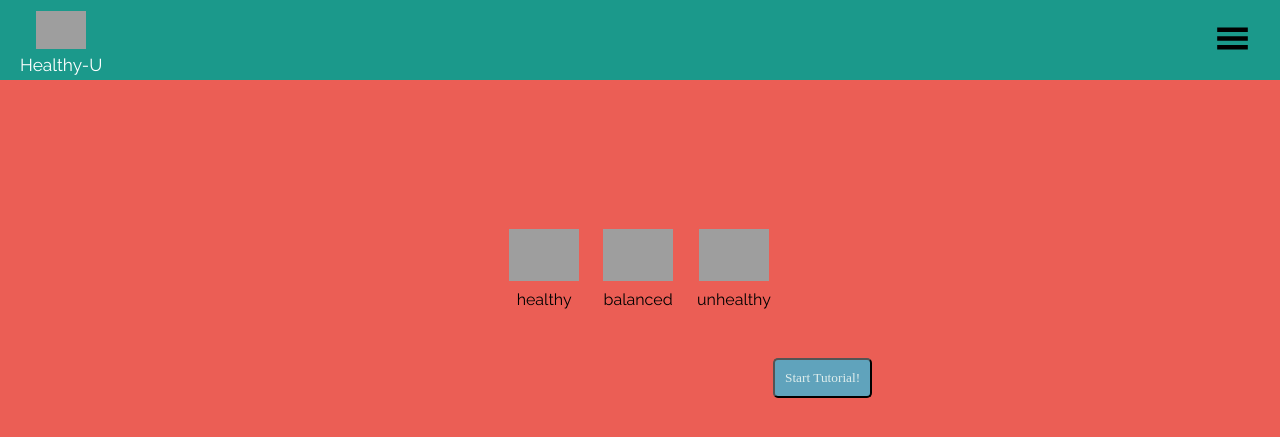
Repository: smashy09/healthy-share
Page: /InformationPage
These files come from the project's save history. The page is drawn as it stood at one moment and after the next save; the edit follows.
The browser window is 1280 px wide. The pictures show the whole page.
Pictures or frames that could not be fetched are drawn as grey boxes. The project was rebuilt for these pictures with package versions that can differ from the ones it lists, and the page was loaded fresh each time. The framework's server and built-in components were replaced by stand-ins that run in the browser. Also part of the build but not shown: next.config.js.

Above is the page before, as saved 2020-05-14 23:56:58.

### pages/_app.js
// import App from 'next/app'
import './app.css';

function MyApp({ Component, pageProps }) {
    return <Component {...pageProps} />
  }

  // Only uncomment this method if you have blocking data requirements for
  // every single page in your application. This disables the ability to
  // perform automatic static optimization, causing every page in your app to
  // be server-side rendered.
  //
  // MyApp.getInitialProps = async (appContext) => {
  //   // calls page's `getInitialProps` and fills `appProps.pageProps`
  //   const appProps = await App.getInitialProps(appContext);
  //
  //   return { ...appProps }
  // }

  export default MyApp

### pages/_document.js
import Document, { Html, Head, Main, NextScript } from 'next/document'


class MyDocument extends Document {
  static async getInitialProps(ctx) {
    const initialProps = await Document.getInitialProps(ctx)
    return { ...initialProps }
  }

  render() {
    return (
      <Html>
        <Head />
        <body>
        <link href="https://fonts.googleapis.com/css2?family=Raleway&display=swap" rel="stylesheet"></link>
          <Main />
          <NextScript />
        </body>
      </Html>
    )
  }
}

export default MyDocument

### pages/InformationPage/index.js
import Router from 'next/router';
import React from 'react';
import './info.css';
import Header from '../../comps/Header';
import CustomText from '../../comps/CustomText';
import CustomButton from '../../comps/CustomButton';

//Info Page


function NextPage(){
    Router.push("/AnimationPage1");
}
//homePage
const healthyImg = require('./healthyicon.png');
const balancedImg = require('./balancedicon.png');
const unhealthyImg = require('./unhealthyicon.png');

const InformationPage = ({backgroundColor, healthytxt, balancedtxt, unhealthytxt, healthyImg, balancedImg, unhealthyImg}) => <div
style={{backgroundColor:backgroundColor}}

  id="All_info_page">
    <Header/>
    <CustomText fontSize={22}  text="Welcome to Healthy-U!"/>
    <CustomText fontSize={18}  text="Health-U goal is to help you be more aware of
your lifestyle by gathering information based on
your answers for the survey!"/>
 <CustomText fontSize={22} text="How to Use!"/>
 <CustomText fontSize={18} text="Whenever you're ready just click start survey.
There will be 3 questions
Pick the answer that represents you the closest."/>
  <div className="card_answers">
        <div className="options">
            <img src={healthyImg} />
            {healthytxt}
        </div>

        <div className="options">
           <img src={balancedImg} />
            {balancedtxt}
         </div>

        <div className="options">
           <img src={unhealthyImg} />
            {unhealthytxt}
        </div>
    </div>
<CustomText fontSize={18} text="After answering you will be given results
filled with info on how to become a better U! "/>
<div className="info_button">
<CustomButton className="R_button" text="Start Tutorial!" onClick={NextPage}/>
</div>
</div>

InformationPage.defaultProps = {
    place:"New Button",
    color:"#000",
    healthytxt:"healthy",
    balancedtxt:"balanced",
    unhealthytxt:"unhealthy",
    healthyImg:healthyImg,
    balancedImg:balancedImg,
    unhealthyImg:unhealthyImg,
}
export default InformationPage;

### pages/app.css
*{
    font-family: 'Raleway', sans-serif;
}

### pages/InformationPage/info.css
body {
    background-color: #EB5E55;
}

.All_info_page{
    text-align: center;

}
.All_info_page p{
 margin-bottom: 2px;
}

.card_answers{
    display: flex;
    justify-content: center;
    align-items: center;
}

.options{
    display: inline-flex;
    flex-direction: column;
    align-items: center;
    /* border: solid 1px gray; */
    border-radius: 25px;
    margin: 10px;
    padding: 2px;

}

.options img{
    width: 70px;
    height: 70px;
    object-fit: contain;
}

.info_button{
    position: absolute;
    left: 60%;
}

### comps/Header/index.js
import React from 'react';
import Link from 'next/link';
import './header.css'
import {GiHamburgerMenu} from 'react-icons/gi';


const logoImg = require('./logo.png');

const Header = ({ text, color, fontSize, text1, text2, text3,text4, lineHeight}) => <div>
    <div className="HeaderContainer">
        <div className="HeaderLogo" style={{color, fontSize}} > <Link href="/HomePage"><img src={logoImg}/></Link><div>{text}</div></div>
        <div className="HamburgerMenu" onClick={MenuToggle}><GiHamburgerMenu size="35" /></div>
        <div className="HamburgermenuContainer" style={{fontSize, lineHeight}}>
        <Link href="/InformationPage"><div className="HamburgerItem">{text4}</div></Link>
            <Link href="/AnimationPage1"><div className="HamburgerItem">{text1}</div></Link>
            <Link href="/Survey1"><div className="HamburgerItem">{text2}</div></Link>
            <Link href="/ResultPage"><div className="HamburgerItem">{text3}</div></Link>
        </div>
    </div>
</div>

Header.defaultProps = {
    text: "Healthy-U",
    color: "#fff",
    fontSize: "13pt",
    text1: "Tutorial",
    text2: "Survey",
    text3: "Result",
    text4: "Information",
    lineHeight: "2em"
}


var menuState = false;
function MenuToggle() {
    if (menuState === true) {
        document.querySelector(".HamburgermenuContainer").style.display = "none";
        menuState = false;

    } else {
        document.querySelector(".HamburgermenuContainer").style.display = "block";
        menuState = true;
    }
}

export default Header;

### comps/CustomText/index.js
import React from 'react';
import './text.css';


//text

const CustomText = () => <div className="custom_text_box">
<p className="custom_text"></p>
</div>

CustomText.defaultProps = {
    color:"#3A3D42",
    text:"Hello There!",
    fontSize:"10px"
}

export default CustomText;

### comps/CustomButton/index.js
import React from 'react';
import './button.css';

//madec the UI

const CustomButton = ({text, backgroundColor, color, onClick}) => <div className="custom_button_box">
<button className="custom_button" style={{backgroundColor:backgroundColor, color:color}} onClick={onClick} > {text} </button>
</div>

function ButtonClick() {
    alert("clicked")
}

CustomButton.defaultProps = {
    backgroundColor:"#60a3bc",
    color:"#DEEDEC",
    text:"Start Survey",
    onClick:ButtonClick
}
export default CustomButton;

### comps/Header/header.css
body, html{
    margin:0;
}

.HeaderContainer {
    width: 100%;
    height: 80px;
    background-color:#1B998B;
    display: inline-flex;
    align-items: center;
}

.HeaderLogo:hover {
    opacity: 0.7;
}

.HeaderLogo:hover {
    opacity: 0.7;
}

.HamburgerMenu {
    position: absolute;
    right: 30px;
}

.HamburgerMenu:hover{
    color: white;
}

.HeaderLogo {
    padding-left: 20px;
    display: inline-flex;
    flex-direction: column;
    align-items: center;
    justify-content: center;
}

.HeaderLogo img{
    width: 50px;
    height: 50px;
    object-fit: contain;

}

.HamburgermenuContainer {
    margin: 20px;
    width: 120px;
    background-color: #D9ECF0;
    border-radius: 7%;
    text-align: center;
    padding: 15px;
    position: absolute;
    right: 0;
    top: 35px;
    display: none;
    z-index: 1;
}

.HamburgermenuContainer:hover {
    opacity: 0.8;
}


.HamburgerItem:hover {
    color: rgb(214, 129, 157);
    cursor: pointer;
}

### comps/CustomText/text.css
.custom_text_box{
    font-family: 'Spectral', serif;
    display: flex;
    justify-content: center;
    }

### comps/CustomButton/button.css
.custom_button {
    display: flex;
    border-radius: 5px;
    padding: 10px;
    font-family: 'Spectral', serif;
    cursor: pointer;
    margin: 5px;
    box-shadow: pink 10px;
    }

After the next save:
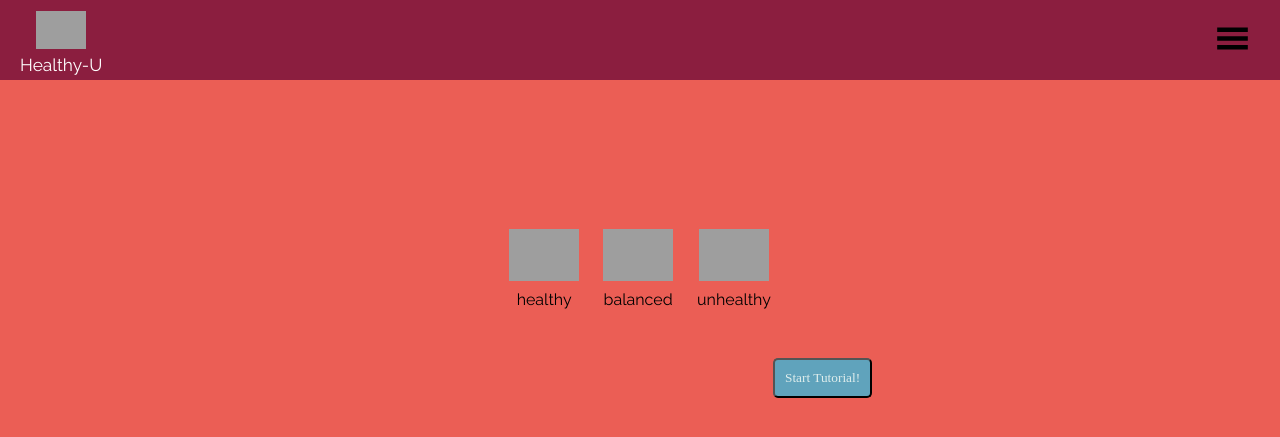
Saved 39 s later.
--- a/comps/Header/header.css
+++ b/comps/Header/header.css
@@ -5,7 +5,7 @@
 .HeaderContainer {
     width: 100%;
     height: 80px;
-    background-color:#1B998B;
+    background-color:#8B1E3F;
     display: inline-flex;
     align-items: center;
 }

After the save that followed:
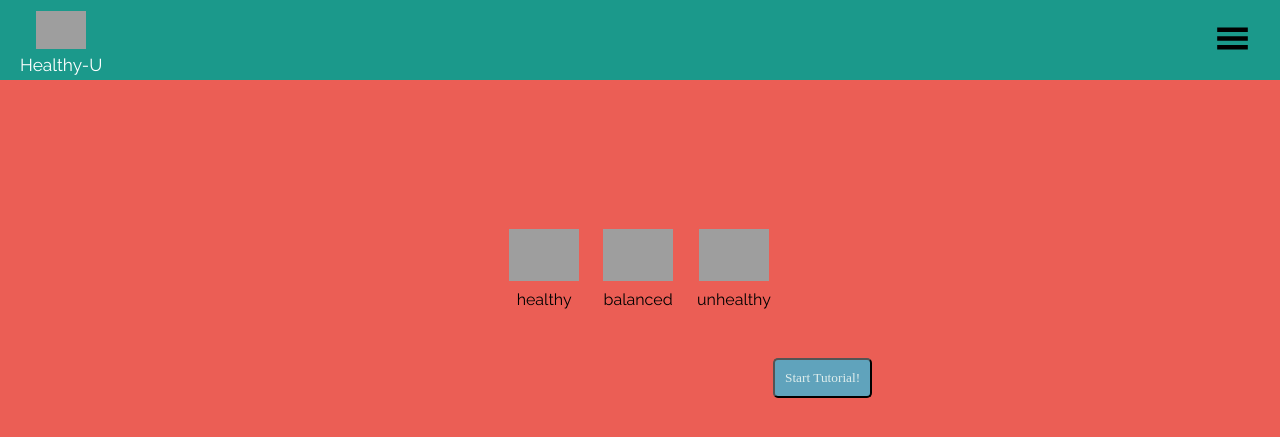
Saved 5 s later.
--- a/comps/Header/header.css
+++ b/comps/Header/header.css
@@ -5,7 +5,7 @@
 .HeaderContainer {
     width: 100%;
     height: 80px;
-    background-color:#8B1E3F;
+    background-color:#1B998B;
     display: inline-flex;
     align-items: center;
 }
